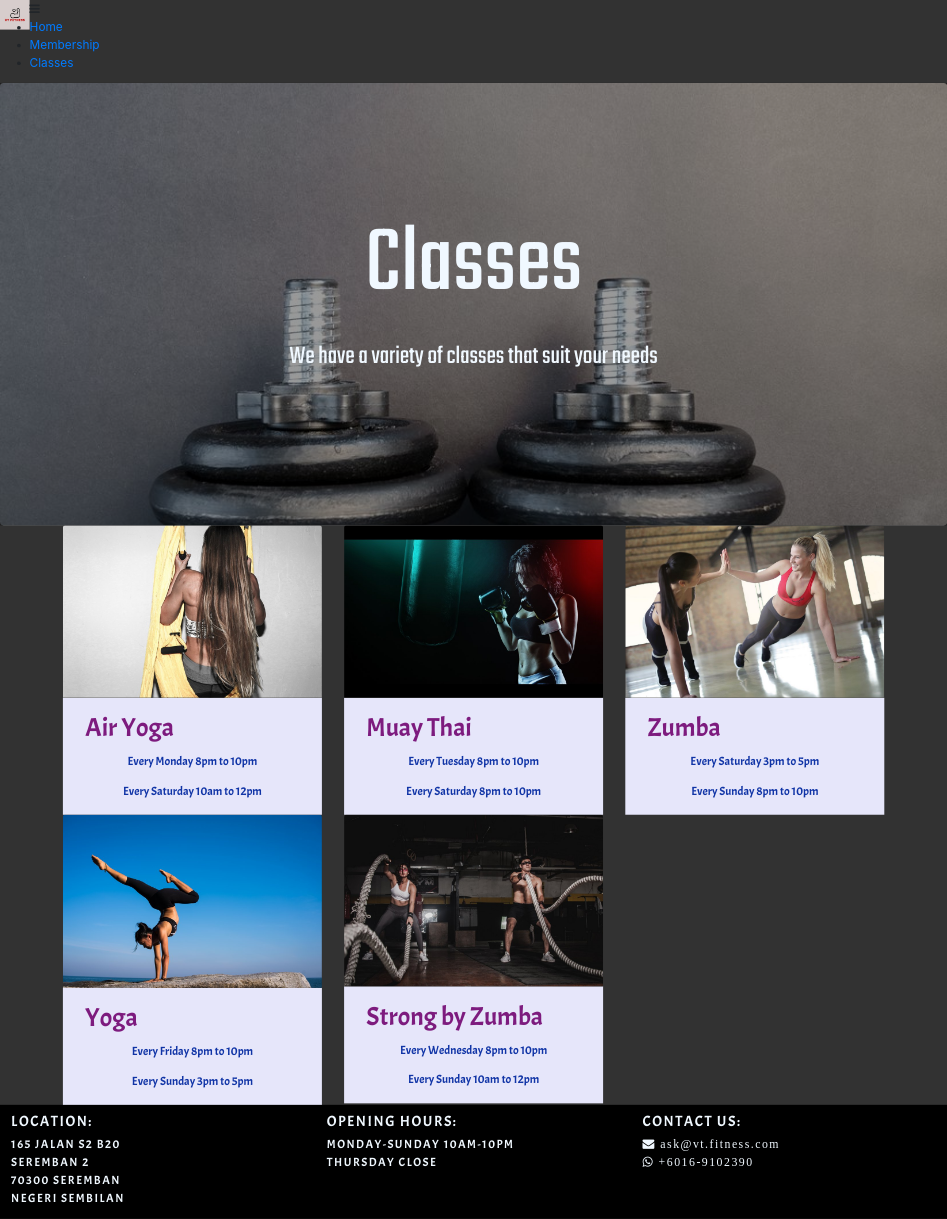
Repository: Code-Institute-Submissions/Project-One-6
Page: classes.html
The author's editor kept a record of every edit. The page is drawn from the files as they stood at one moment, then again after the next edit.
The browser window is 1280 px wide. The pictures show the whole page, at 74% of full size.

Above is the page before.

After the next edit:
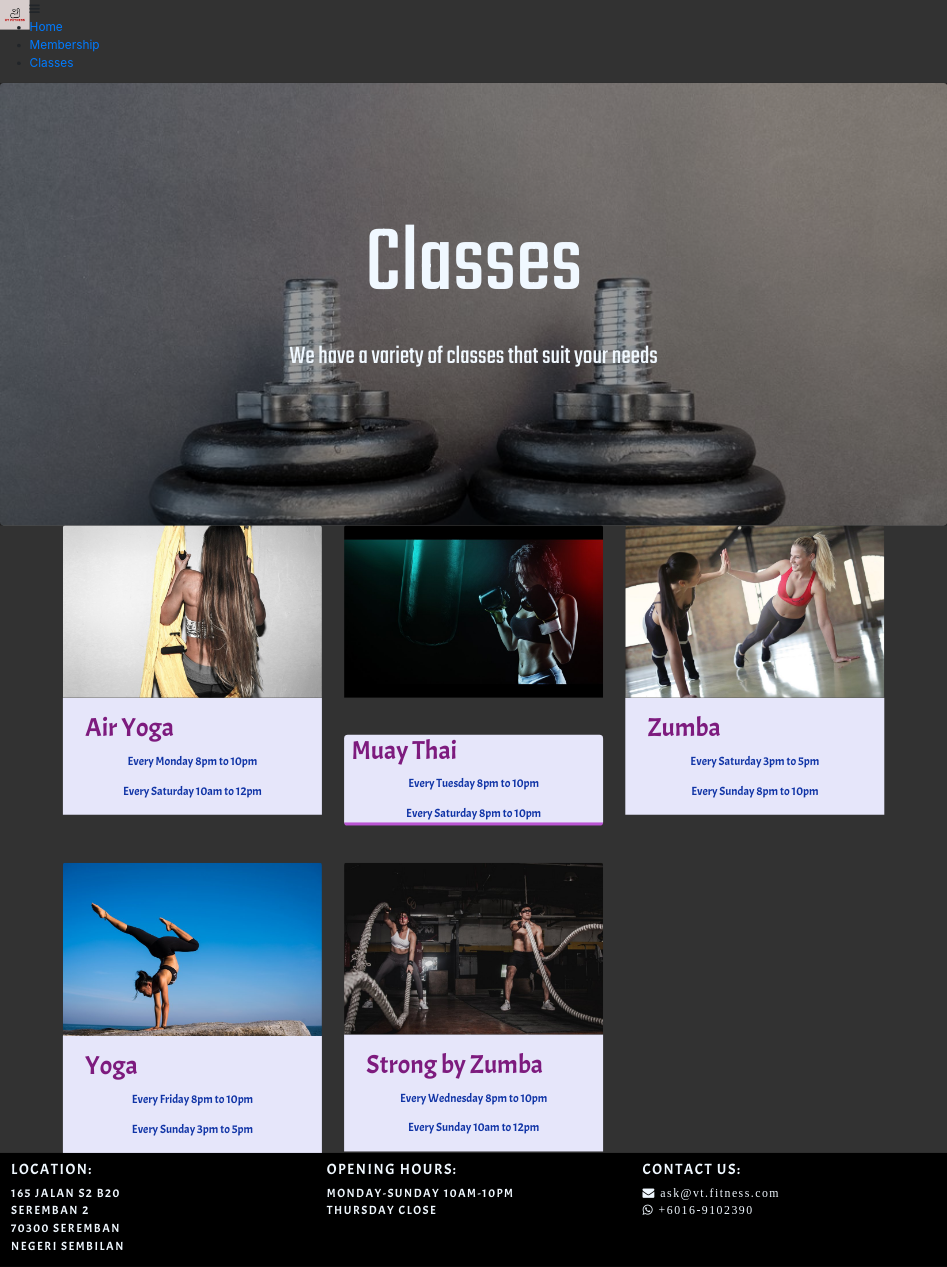
The edit:
--- a/classes.html
+++ b/classes.html
@@ -49,7 +49,7 @@
             </div>
             <div class="col-sm-12 col-md-4">
                 <img src="images/muay thai.jpg" class="card-img-top">
-                <div class="card-body">
+                <div class="card-body-class">
                     <h4 class="card-title">Muay Thai</h4>
                     <p class="card-text">Every Tuesday 8pm to 10pm</p>
                     <p class="card-text">Every Saturday 8pm to 10pm</p>
